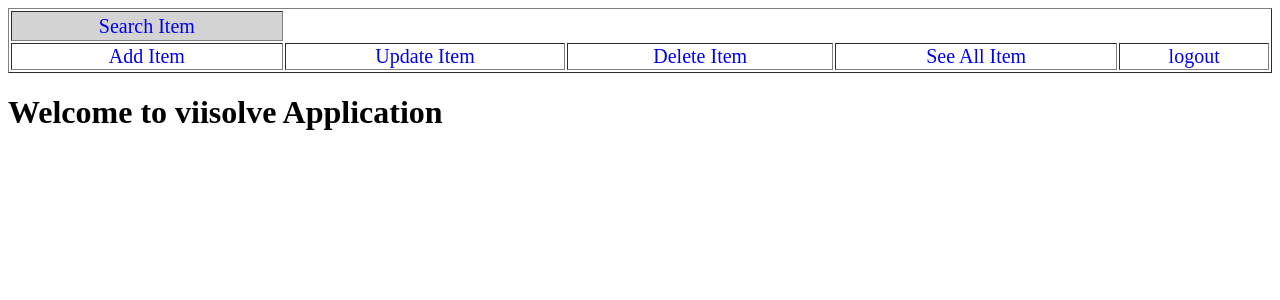
Repository: ty-veeresh/Batch10_Spring_SpringDbProject
Page: http://localhost/springdb/WEB-INF/views/HomePage.jsp
An editor plug-in stored every save of this project. The page is shown before and after the next save, followed by the edit.
The browser window is 1280 px wide. The pictures show the whole page.
The page is served by Tomcat 9. Nobody is signed in. The template is opened directly, without the code that normally fills it, so the values that code supplies are empty.

Above is the page before, as saved 2021-05-04 12:56:40.

After the next save:
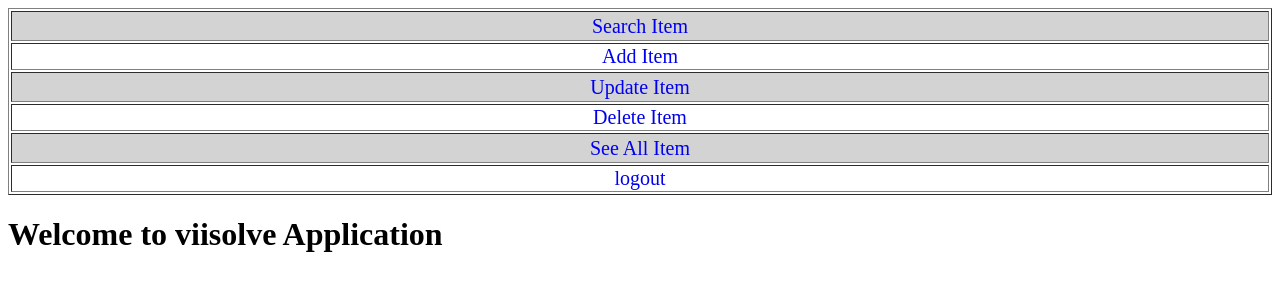
Saved 2 min 0 s later.
--- a/springdb/src/main/webapp/WEB-INF/views/headerPage.jsp
+++ b/springdb/src/main/webapp/WEB-INF/views/headerPage.jsp
@@ -18,13 +18,19 @@
 				style="text-decoration: none">Search Item </a></td></tr>
 				<tr>
 			<td style="font-size: 20px"><a href="./add"
-				style="text-decoration: none">Add Item</a></td>
+				style="text-decoration: none">Add Item</a></td></tr>
+				<tr style="background: lightgrey; color: blue; height: 30px">
 			<td style="font-size: 20px"><a href="./update"
-				style="text-decoration: none">Update Item </a></td>
+				style="text-decoration: none">Update Item </a></td></tr>
+				<tr>
 			<td style="font-size: 20px"><a href="./delete"
 				style="text-decoration: none">Delete Item</a></td>
+				</tr>
+				<tr style="background: lightgrey; color: blue; height: 30px">
 			<td style="font-size: 20px"><a href="./getAll"
 				style="text-decoration: none">See All Item</a></td>
+				</tr>
+				<tr>
 			<td style="font-size: 20px"><a href="./logout"
 				style="text-decoration: none">logout </a></td>
 		</tr>
